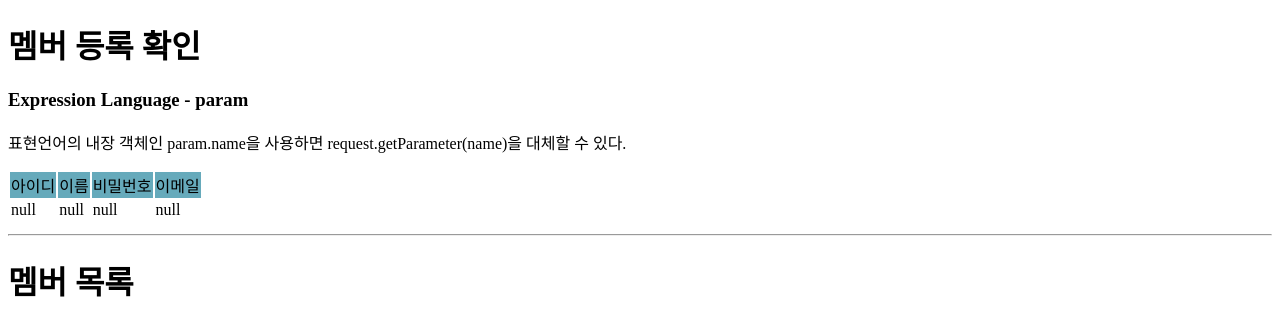
Repository: jsb5589/JAVAStudy
Page: http://localhost/JSP04/members/member5.jsp
The author's editor kept a copy of each file at every save. The page is drawn from the files as they stood at one save, then again after the next save.
The browser window is 1280 px wide. The pictures show the whole page.
The page is served by Tomcat 9. Other server files are loaded and not shown. The template is opened directly, without the code that normally fills it, so the values that code supplies are empty.

Above is the page before, as saved 2021-08-12 07:41:05.

### EZWebs/JSP04/src/main/webapp/members/member5.jsp
<%@ page language="java" contentType="text/html; charset=UTF-8"
    pageEncoding="UTF-8" isELIgnored="false"%>

<%
	request.setCharacterEncoding("UTF-8");

	String mid = request.getParameter("mid");
	String mname = request.getParameter("mname");
	String pwd = request.getParameter("pwd");
	String email = request.getParameter("email");
	String address = request.getParameter("eddress");
%>

<!DOCTYPE html>
<html>
<head>
	<meta charset="UTF-8">
	<title>멤버 등록 및 조회</title>
</head>
<body>
	<h1>멤버 등록 확인</h1>
	<h3>Expression Language - param</h3>
	<p>표현언어의 내장 객체인 param.name을 사용하면
	request.getParameter(name)을 대체할 수 있다.</p>
	<table>
		<tr bgcolor="66aabb">
			<td>아이디</td>
			<td>이름</td>
			<td>비밀번호</td>
			<td>이메일</td>
		</tr>
		<tr>
			<td><%=mid%></td>
			<td><%=mname%></td>
			<td><%=pwd%></td>
			<td><%=email%></td>
		</tr>
		<tr>
			<td>${mid}</td>
			<td>${mname}</td>
			<td>${pwd}</td>
			<td>${email}</td>
	</table>

	<hr>
	<h1>멤버 목록</h1>
	</table>
</body>
</html>

After the next save:
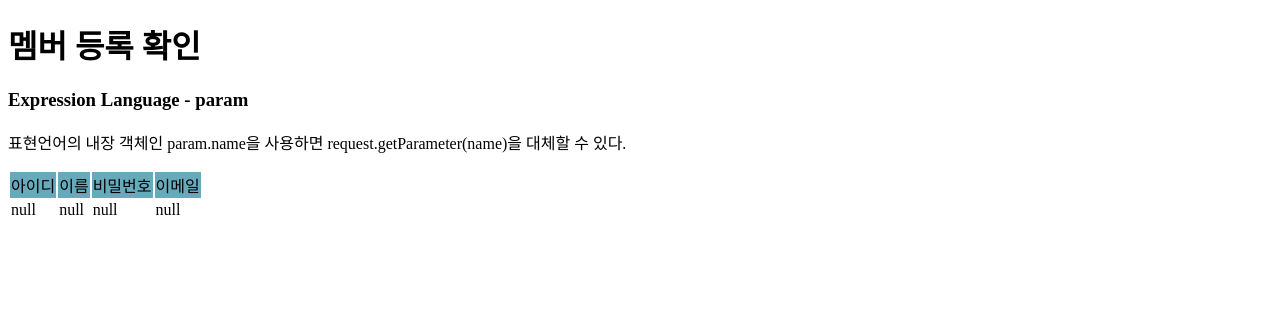
Saved 13 s later.
--- a/EZWebs/JSP04/src/main/webapp/members/member5.jsp
+++ b/EZWebs/JSP04/src/main/webapp/members/member5.jsp
@@ -41,9 +41,5 @@
 			<td>${pwd}</td>
 			<td>${email}</td>
 	</table>
-
-	<hr>
-	<h1>멤버 목록</h1>
-	</table>
 </body>
 </html>
